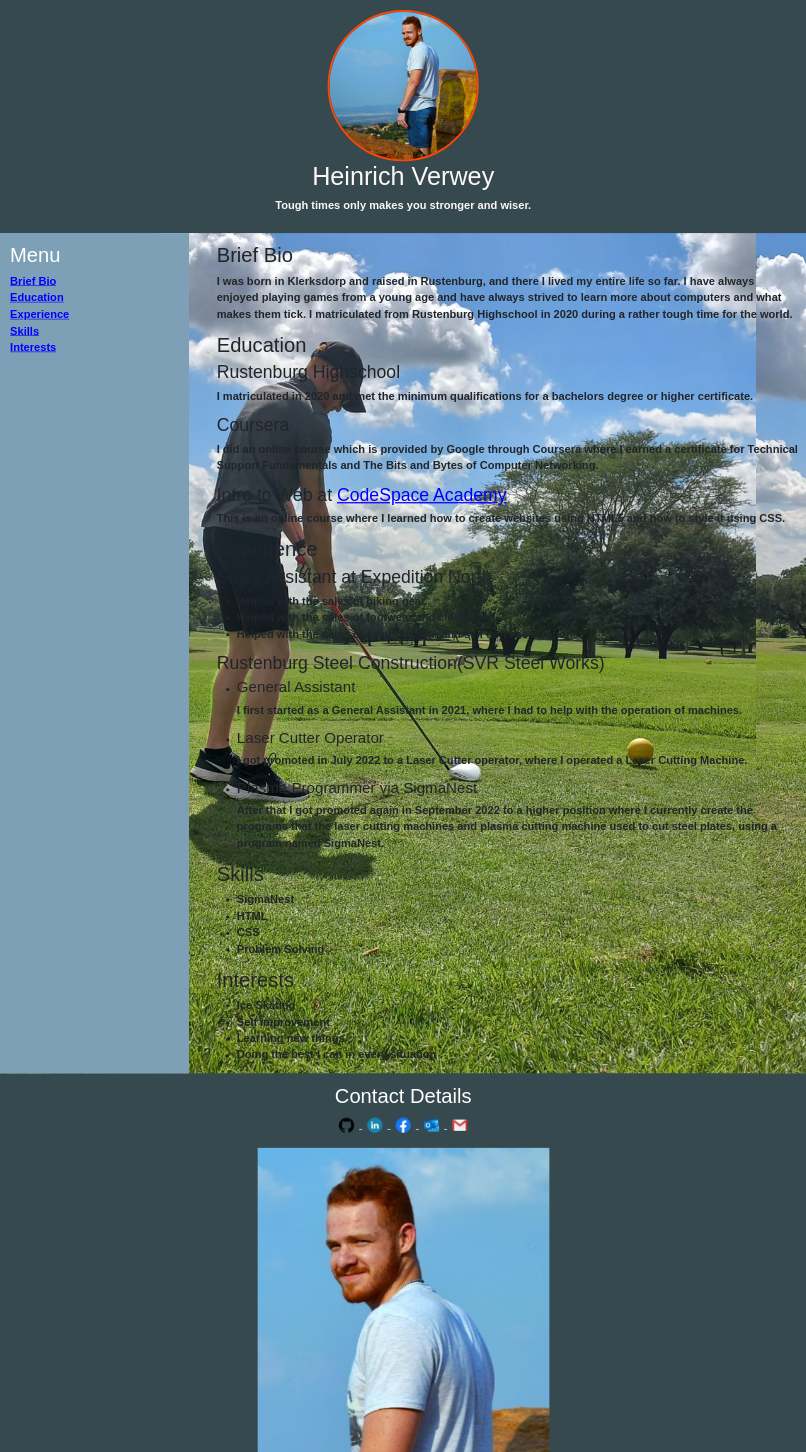
Repository: W3asl3y/IntroToWebDesign
Page: index.html
An editor plug-in stored every save of this project. The page is shown before and after the next save, followed by the edit.
The browser window is 1280 px wide. The pictures show the whole page, at 63% of full size.

Above is the page before, as saved 2022-12-07 21:34:14.

After the next save:
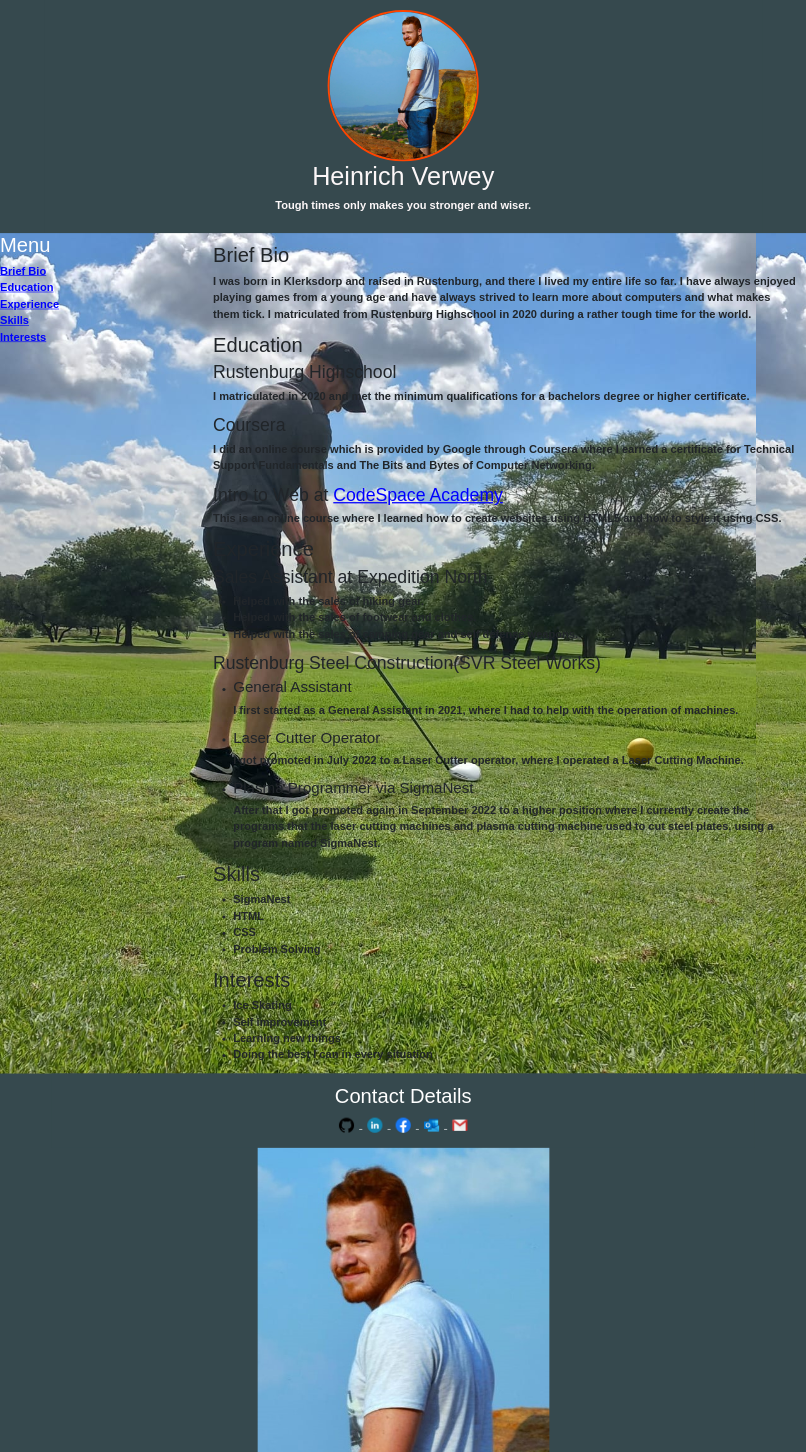
Saved 24 h 19 min later.
--- a/CSS/stylesheet.css
+++ b/CSS/stylesheet.css
@@ -36,12 +36,7 @@ header {
      border: 3px solid orangered;
 }
 
-#sidebar {
-    background-color: #7ea0b7;
-    width: 10%  ;
-    padding: 1rem;
-    position: sticky;
-}
+
 
 
 
